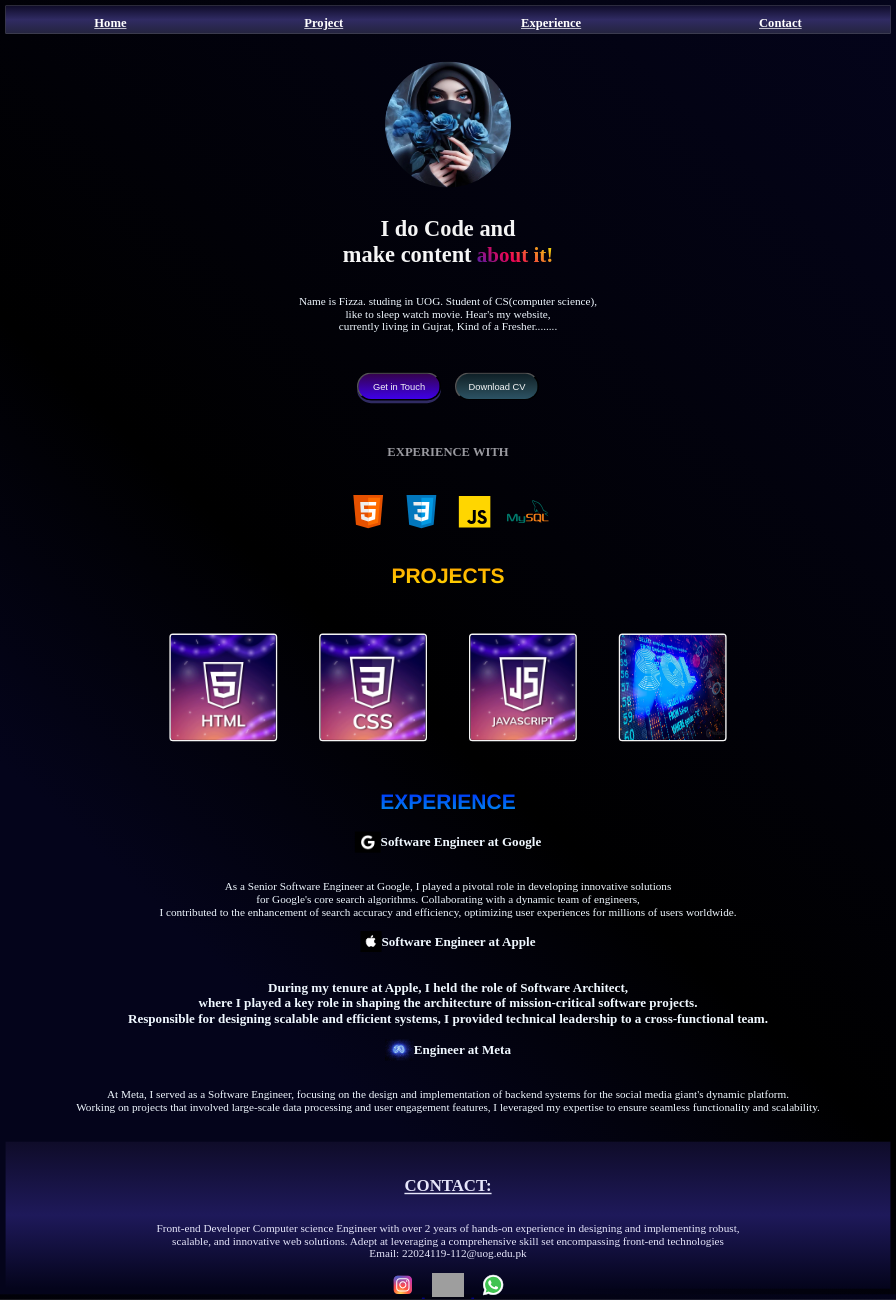
Repository: Fizza-112/portfolio
Page: index.html
An editor plug-in stored every save of this project. The page is shown before and after a run of saves, followed by the edit.
The browser window is 1280 px wide. The pictures show the whole page, at 70% of full size.
The pointer rests on the first visible `button`.
Pictures or frames that could not be fetched are drawn as grey boxes.

Above is the page before, as saved 2024-09-06 13:37:01.

After the next 2 saves:
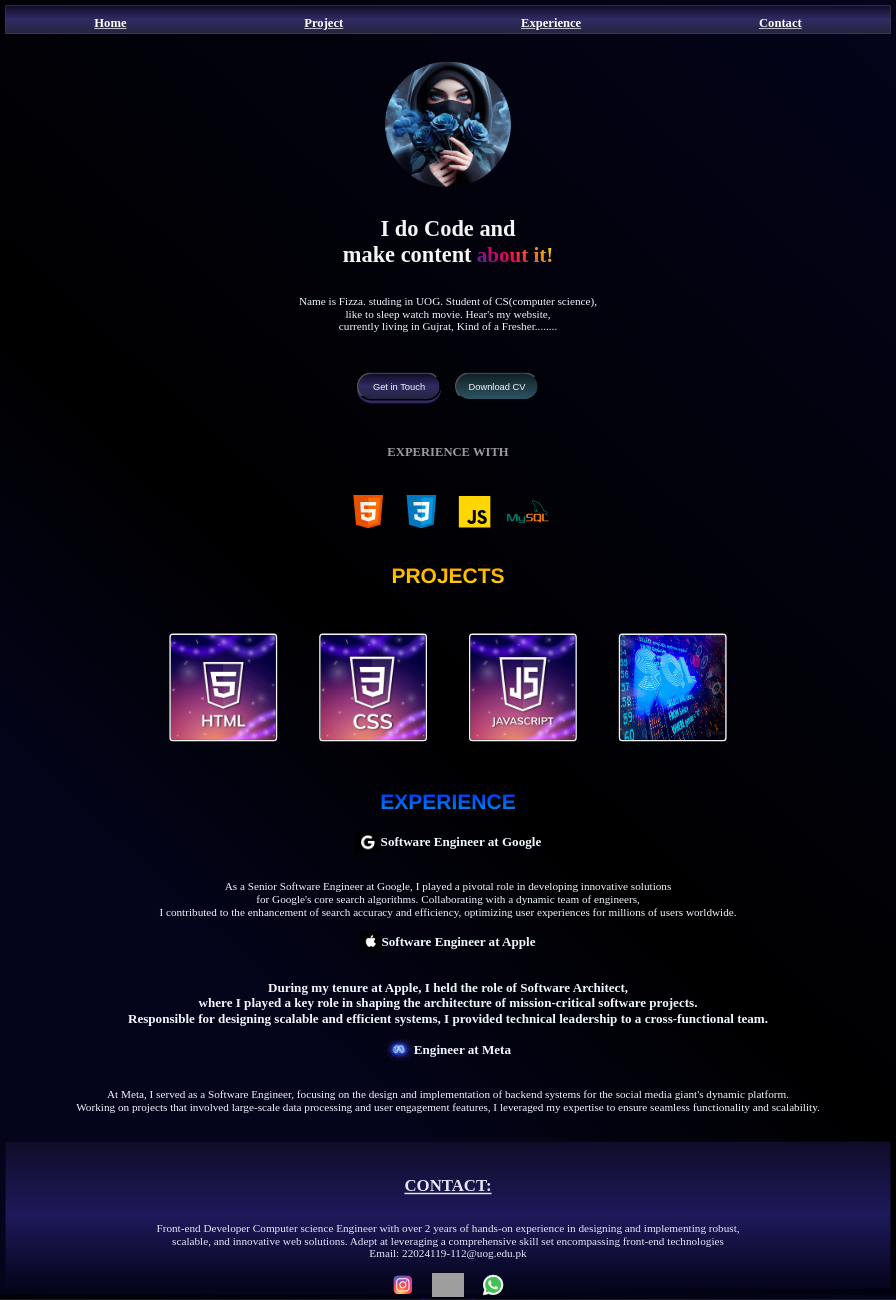
The 2 saves are shown as one change because they came seconds apart.
The last was saved 39 s later.
--- a/style.css
+++ b/style.css
@@ -80,7 +80,7 @@
    background: linear-gradient( #0f2027, #203a43, #2c5364); /* New gradient on hover */
   }
   button:hover {
-    background-image: linear-gradient(rgb(53, 3, 77),#3e00e9);
+    background-image: linear-gradient(#0f0c29, #302b63,  #24243e );
     box-shadow: #302b63 0px 4px 0px 0px;
   }
 
